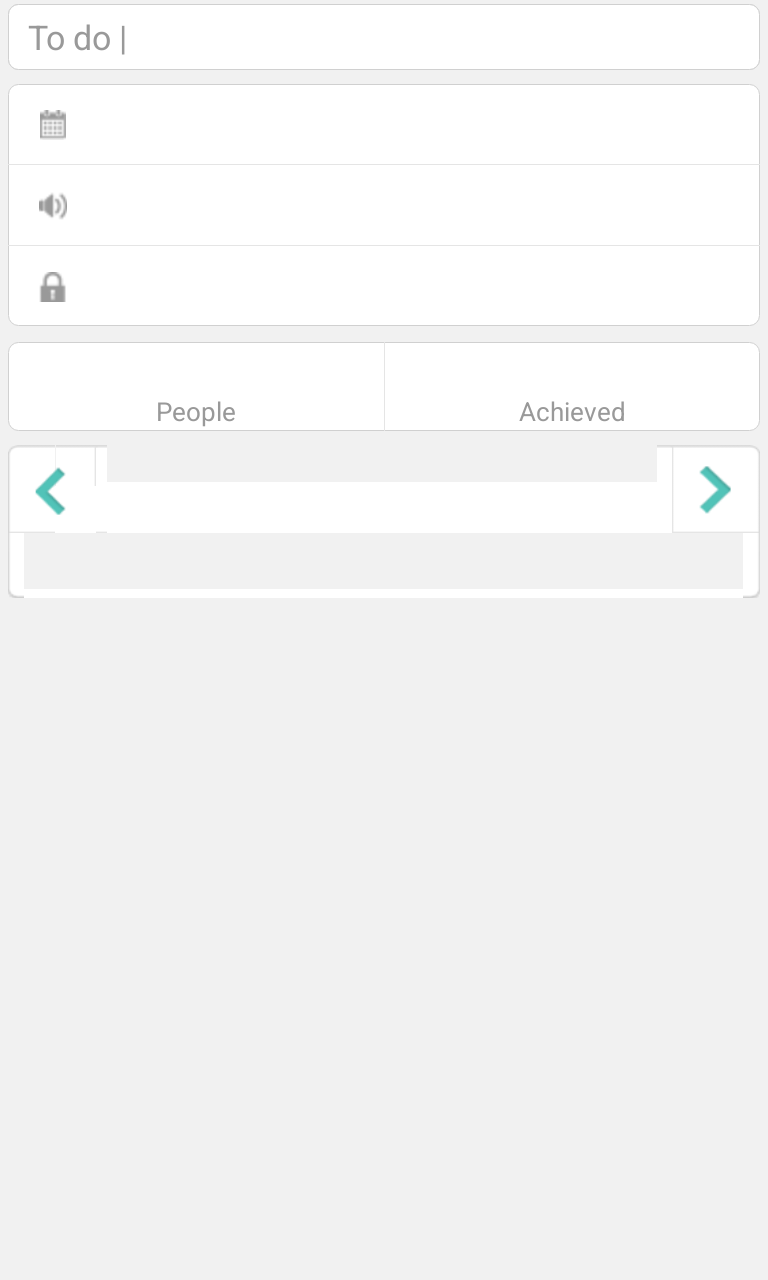
Repository: belhyun/witherest-android
Layout: Witherest/res/layout/fragment_roomwith.xml
An editor plug-in stored every save of this project. The layout is shown before and after the next save, followed by the edit.
It is drawn on a 768 x 1280 px phone screen (xhdpi) without system bars, with theme android:Theme.Holo; the app's code is not run. Lists and similar views that code fills are empty.

Above is the layout before, as saved 2013-07-07 05:52:44.

After the next save:
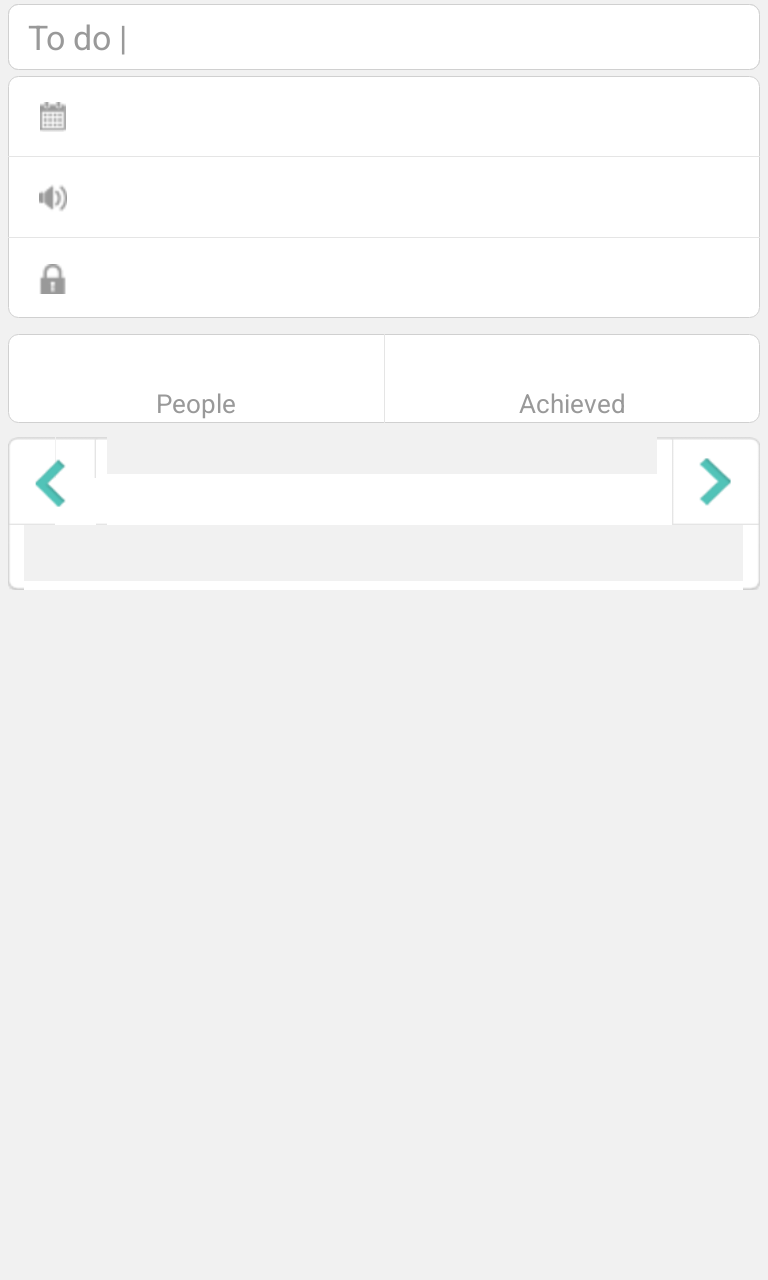
Saved 5 min 35 s later.
--- a/Witherest/res/layout/fragment_roomwith.xml
+++ b/Witherest/res/layout/fragment_roomwith.xml
@@ -8,7 +8,7 @@
     <LinearLayout
         android:layout_width="fill_parent"
         android:layout_height="wrap_content"
-        android:layout_marginBottom="7dp"
+        android:layout_marginBottom="3dp"
         android:layout_marginLeft="4dp"
         android:layout_marginRight="4dp"
         android:layout_marginTop="2dp"
